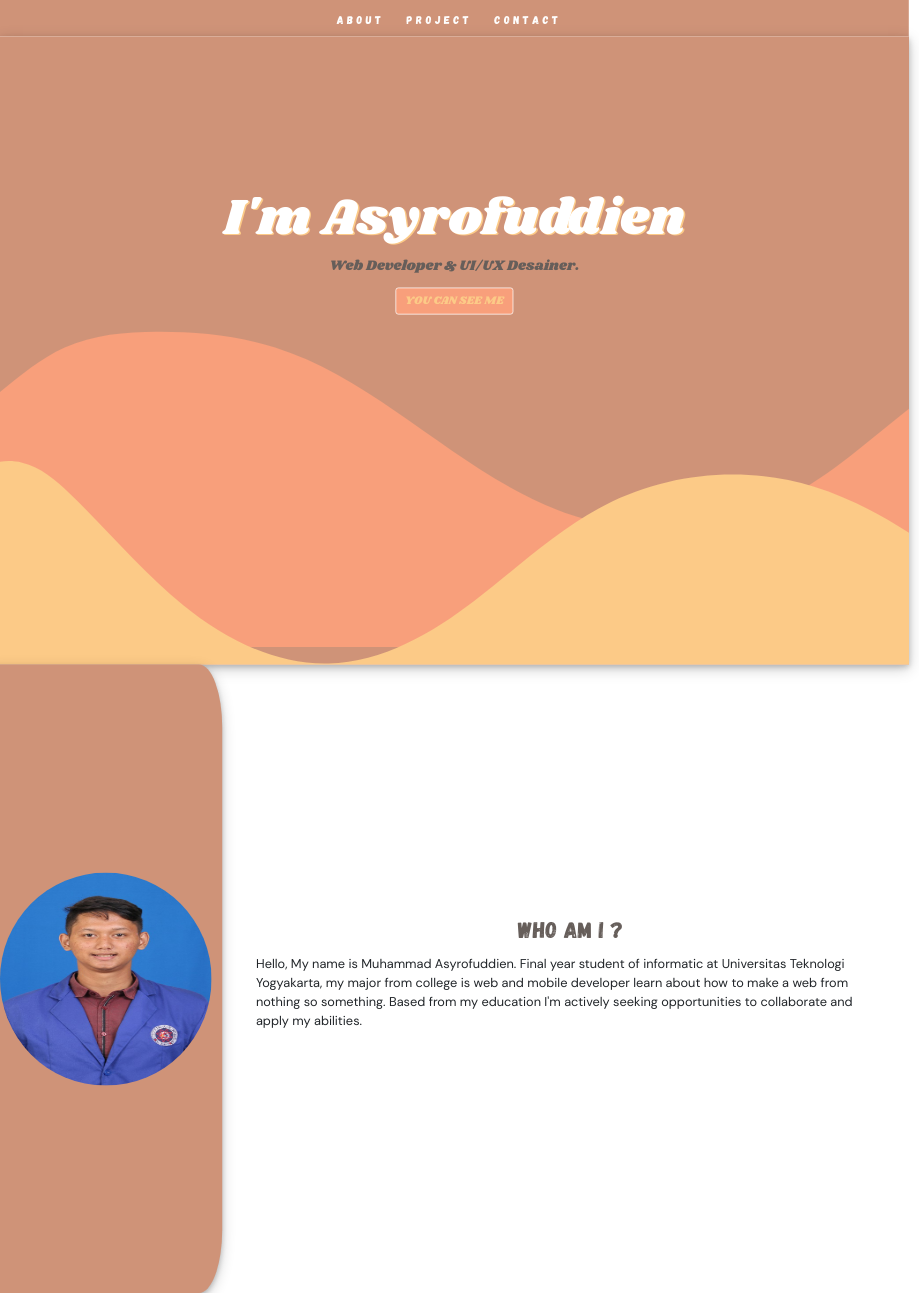
Repository: zetta-muhammad-asyrofuddien/Html-Css-ZettaCAmp
Page: Day1/Portofolio/index.html
An editor plug-in stored every save of this project. The page is shown before and after the next save, followed by the edit.
The browser window is 1280 px wide. The page is 1295 px wide, so the pictures cover 1295 px, including what lies to the right of the window. The pictures show the whole page, at 71% of full size.

Above is the page before, as saved 2023-07-06 18:57:07.

After the next save:
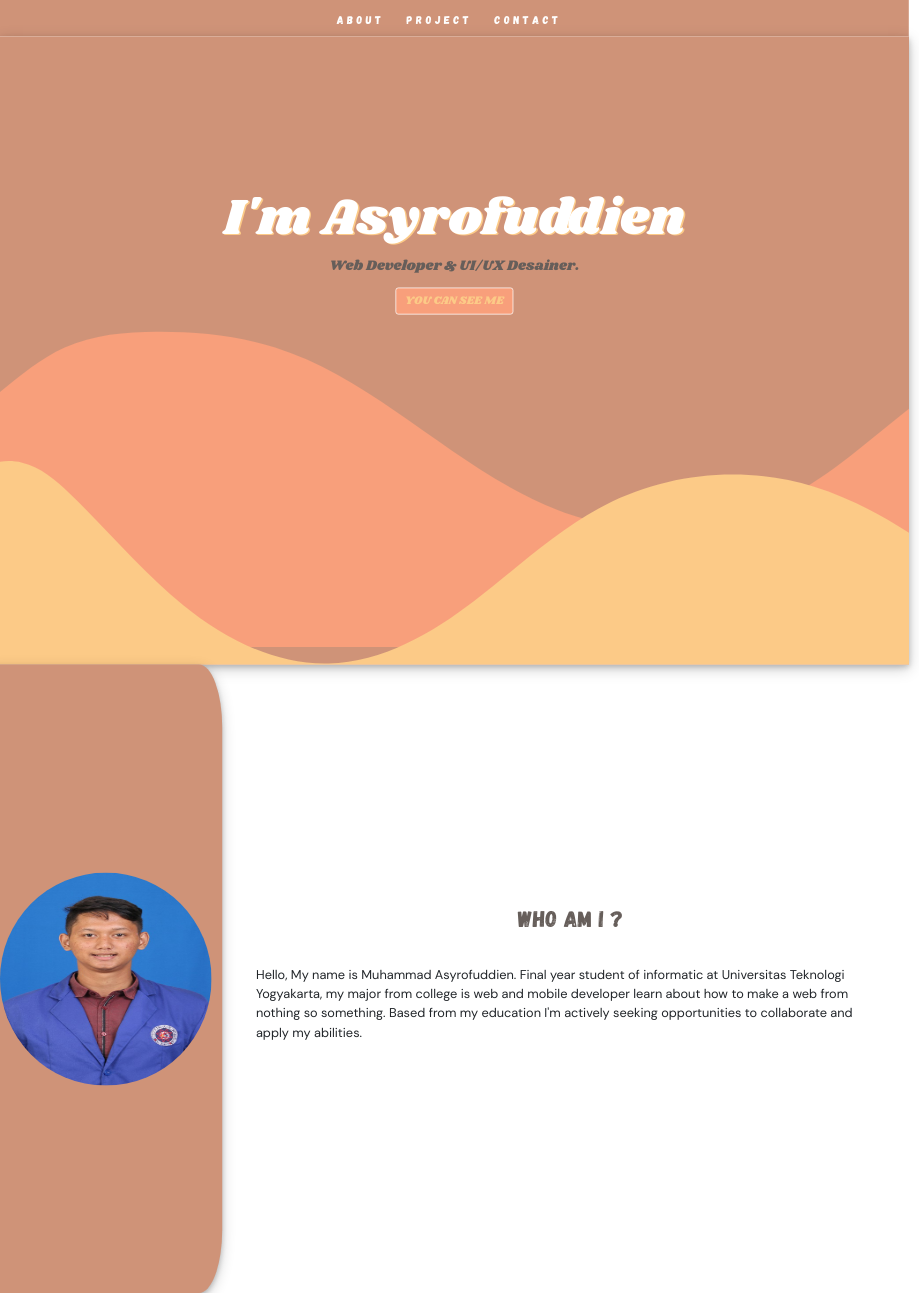
Saved 4 s later.
--- a/Day1/Portofolio/index.html
+++ b/Day1/Portofolio/index.html
@@ -53,7 +53,7 @@
       </div>
       <div class="col-9 d-flex align-items-center about-kanan text-center">
         <div class="row">
-          <h2 class="mb-3" style="color: #665e5a">WHO AM I ?</h2>
+          <h2 class="mb-5" style="color: #665e5a">WHO AM I ?</h2>
           <p class="deskripsi-saya px-5 text-left">
             Hello, My name is Muhammad Asyrofuddien. Final year student of informatic at Universitas Teknologi Yogyakarta, my major from college is web and mobile developer learn about how to make a web from nothing so something. Based from
             my education I'm actively seeking opportunities to collaborate and apply my abilities.
